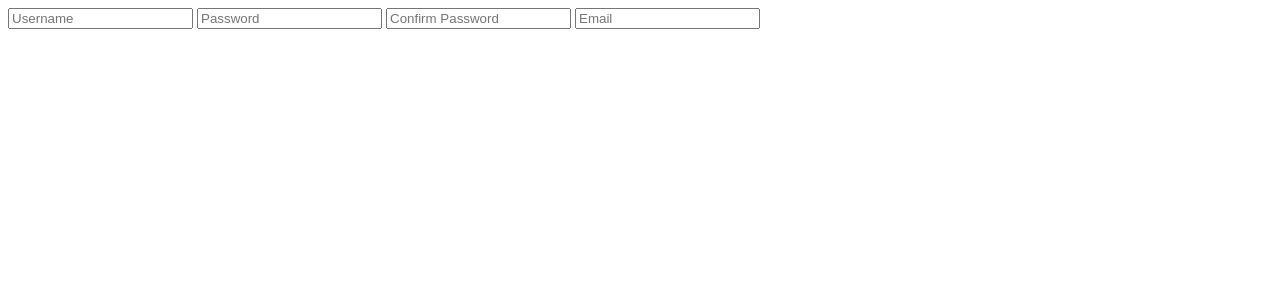
Repository: Sumitgupta54856171/Social-media-web_app
Page: backendform/views/registion.html
An editor plug-in stored every save of this project. The page is shown before and after the next save, followed by the edit.
The browser window is 1280 px wide. The pictures show the whole page.

Above is the page before, as saved 2025-04-13 09:29:11.

### backendform/views/registion.html
<!DOCTYPE html>
<html lang="en">
<head>
    <meta charset="UTF-8">
    <meta name="viewport" content="width=device-width, initial-scale=1.0">
    <title>Document</title>
</head>
<body>
    <form action="/login" method="post">
        <input type="text" name="username" placeholder="Username" required>
        <input type="password" name="password" placeholder="Password" required>
        <input type="password" name="confirm_password" placeholder="Confirm Password" required>
        <input type="email" name="email" placeholder="Email" required>
    </form>
</body>
</html>

After the next save:
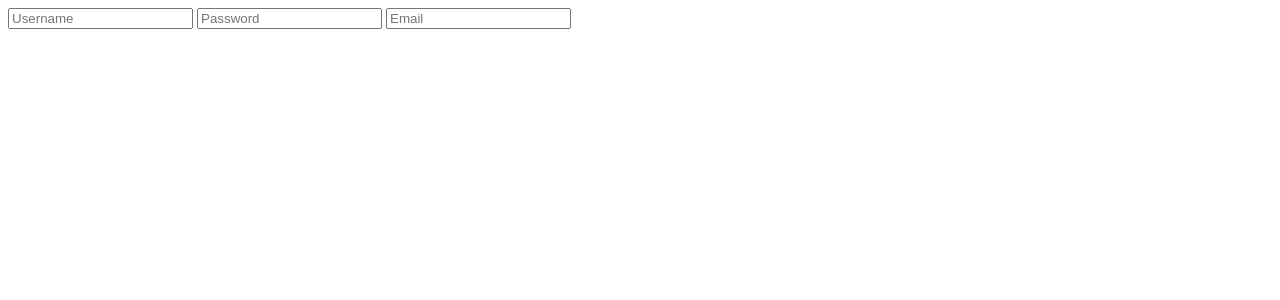
Saved 15 s later.
--- a/backendform/views/registion.html
+++ b/backendform/views/registion.html
@@ -9,7 +9,6 @@
     <form action="/login" method="post">
         <input type="text" name="username" placeholder="Username" required>
         <input type="password" name="password" placeholder="Password" required>
-        <input type="password" name="confirm_password" placeholder="Confirm Password" required>
         <input type="email" name="email" placeholder="Email" required>
     </form>
 </body>
